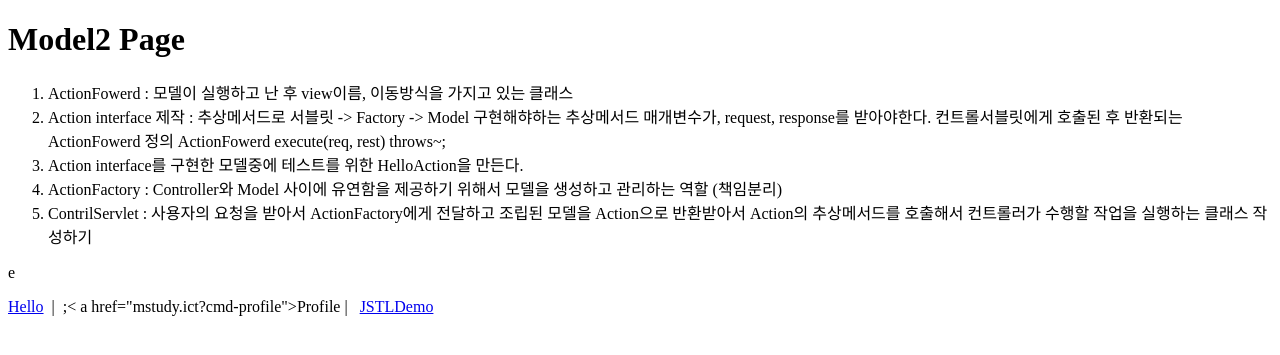
Repository: hyo-lang/java_ICT
Page: http://localhost/mvc1024/
An editor plug-in stored every save of this project. The page is shown before and after the next save, followed by the edit.
The browser window is 1280 px wide. The pictures show the whole page.
The page is served by Tomcat 9. Other server files are loaded and not shown.

Above is the page before, as saved 2024-10-24 06:52:34.

### mvc1024/src/main/webapp/index.jsp
<%@ page language="java" contentType="text/html; charset=EUC-KR"
	pageEncoding="EUC-KR"%>
<!DOCTYPE html>
<html>
<head>
<meta charset="EUC-KR">
<title>Insert title here</title>
</head>
<body>
	<h1>Model2 Page</h1>
	<ol>
		<li>ActionFowerd : 모델이 실행하고 난 후 view이름, 이동방식을 가지고 있는 클래스</li>
		<li>Action interface 제작 : 추상메서드로 서블릿 -> Factory -> Model 구현해햐하는
			추상메서드 매개변수가, request, response를 받아야한다. 컨트롤서블릿에게 호출된 후 반환되는
			ActionFowerd 정의 ActionFowerd execute(req, rest) throws~;</li>
		<li>Action interface를 구현한 모델중에 테스트를 위한 HelloAction을 만든다.</li>
		<li>ActionFactory : Controller와 Model 사이에 유연함을 제공하기 위해서 모델을 생성하고
			관리하는 역할 (책임분리)</li>
		<li>ContrilServlet : 사용자의 요청을 받아서 ActionFactory에게 전달하고 조립된 모델을
			Action으로 반환받아서 Action의 추상메서드를 호출해서 컨트롤러가 수행할 작업을 실행하는 클래스 작성하기</li>
	</ol>
	<%@include file="menu.jsp"%>
</body>
</html>

### mvc1024/src/main/webapp/menu.jsp
<%@ page language="java" contentType="text/html; charset=EUC-KR"
	pageEncoding="EUC-KR"%>
e
<div>
	<p>
		<a href="mstudy.ict?cmd-hello">Hello</a>&nbsp; |&nbsp ;< a
		href="mstudy.ict?cmd-profile">Profile</a> | &nbsp; <a
			href="mstudy.ict?cmd=jstLdemo">JSTLDemo</a>
	</p>
</div>

After the next save:
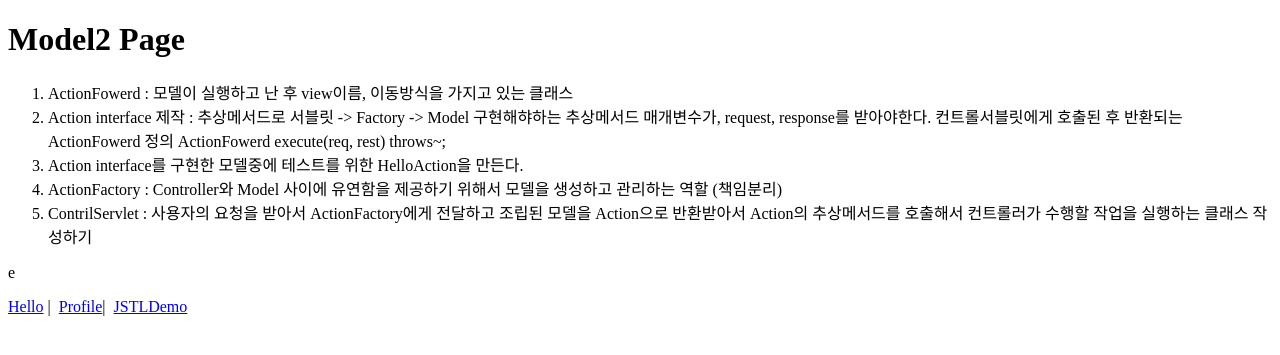
Saved 68 s later.
--- a/mvc1024/src/main/webapp/menu.jsp
+++ b/mvc1024/src/main/webapp/menu.jsp
@@ -3,8 +3,8 @@
 e
 <div>
 	<p>
-		<a href="mstudy.ict?cmd-hello">Hello</a>&nbsp; |&nbsp ;< a
-		href="mstudy.ict?cmd-profile">Profile</a> | &nbsp; <a
-			href="mstudy.ict?cmd=jstLdemo">JSTLDemo</a>
+		<a href="mstudy.ict?cmd-hello">Hello</a>&nbsp;|&nbsp;
+		<a href="mstudy.ict?cmd-profile">Profile</a>|&nbsp;
+		<a href="mstudy.ict?cmd=jstLdemo">JSTLDemo</a>
 	</p>
 </div>
